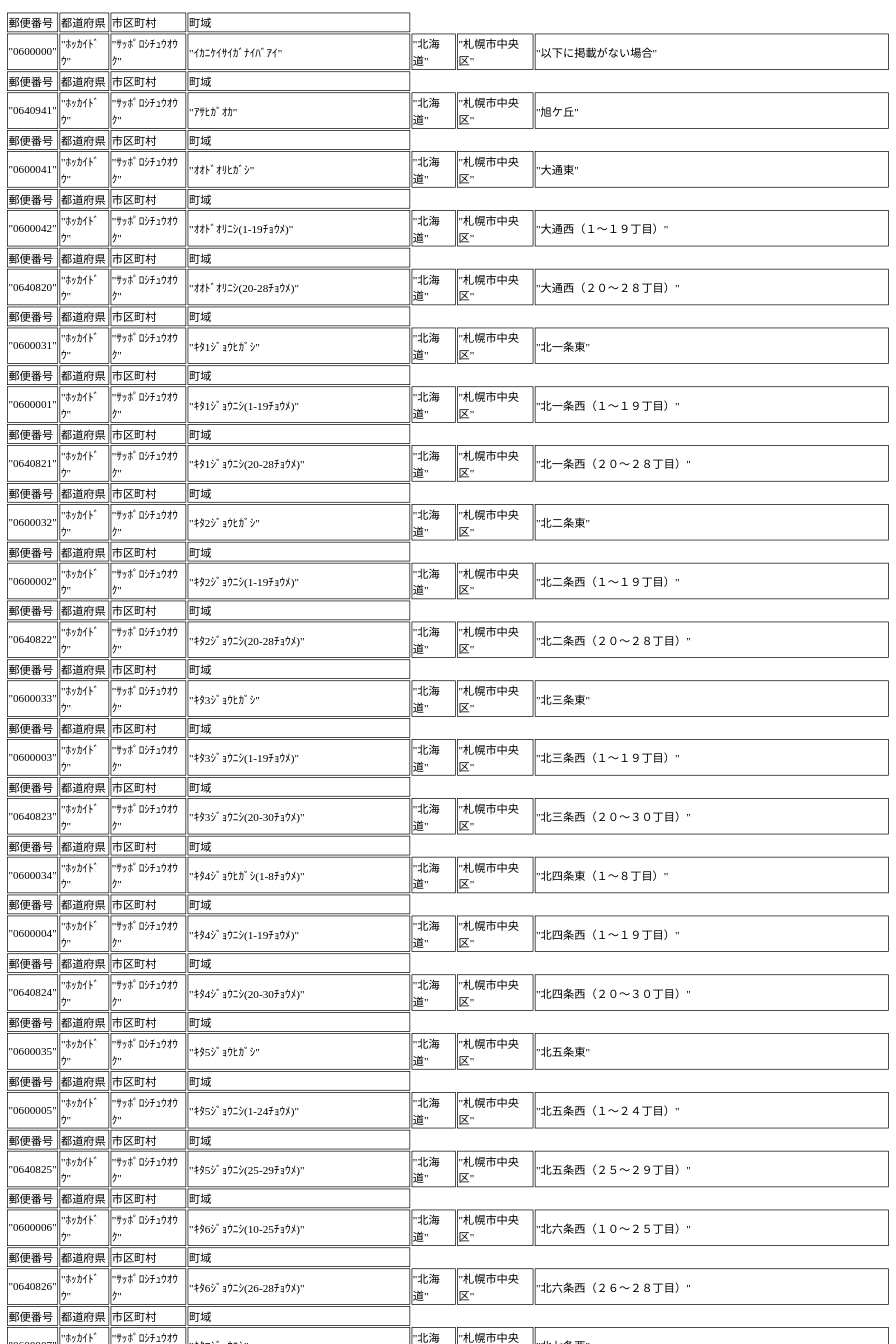
Repository: kawahito05-work/dc_work_nakano_kawahito_php
Page: http://localhost/htdocs/php09/practice_file_intermediate.php
The author's editor kept a record of every edit. The page is drawn from the files as they stood at one moment, then again after the next edit.
The browser window is 1280 px wide. The pictures show the part of the page from y = 0 to 1920 px (the page is 182894 px tall before and 720 px after), at 70% of full size.
The page is run by PHP 8.4 with error messages shown; the project is at /var/www/html/.

Above is the page before.

### htdocs/php09/practice_file_intermediate.php
<?php
$filename = './zip_data_split_1.csv';
$data = [];
if (is_readable($filename) === TRUE) {
   if (($fp = fopen($filename, 'r')) !== FALSE) {
        while (($tmp = fgets($fp)) !== FALSE) {
        //while (($tmp = fgetcsv($fp)) !== FALSE) {
           $data[] = htmlspecialchars($tmp, ENT_QUOTES, 'UTF-8');
       }
       fclose($fp);
   } else {
       $data[] = 'ファイルがありません';
   }
}
?>

<!DOCTYPE html>
<html lang="ja">
    <head>
        <link rel="stylesheet" href="style.css">
        <title></title>
        <meta charset="UTF-8">
    </head>
    <body>
    <table>
        <?php foreach ($data as $read) { ?>
        <tr>
            <td>郵便番号</td>
            <td>都道府県</td>
            <td>市区町村</td>
            <td>町域</td>
        </tr>
            <tr>
        <?php
                $pieces = explode(',', $read);
                foreach($pieces as $piece){
                //$piece = str_replace('"', '',$piece);
                //$piece = trim($piece,'"');
        ?>
            <p><td><?php print $piece; ?></td></p>
        <?php } ?>
        </tr>
        <?php } ?>
    </table>
    </body>
</html>

### htdocs/php09/style.css
td{
    border: 1px solid;
}

Loaded but not shown: htdocs/php09/zip_data_split_1.csv (2177 lines, source omitted)

After the next edit:
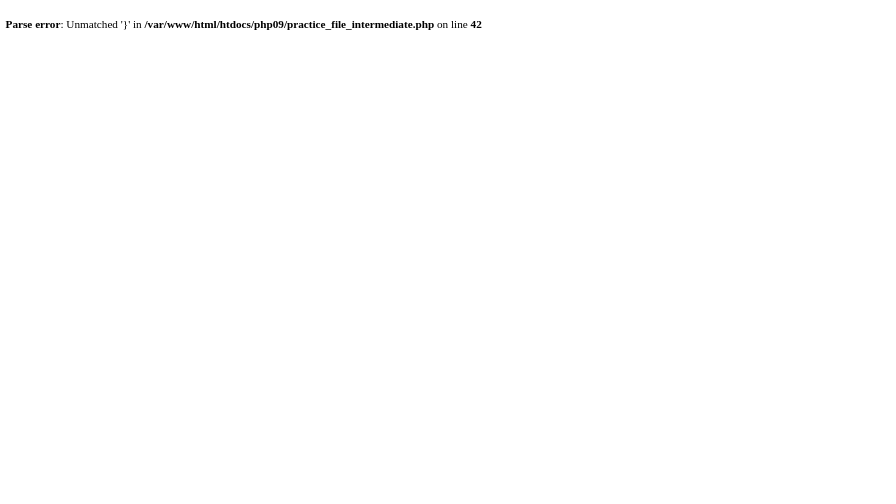
The edit:
--- a/htdocs/php09/practice_file_intermediate.php
+++ b/htdocs/php09/practice_file_intermediate.php
@@ -23,7 +23,6 @@
     </head>
     <body>
     <table>
-        <?php foreach ($data as $read) { ?>
         <tr>
             <td>郵便番号</td>
             <td>都道府県</td>

After the edit that followed:
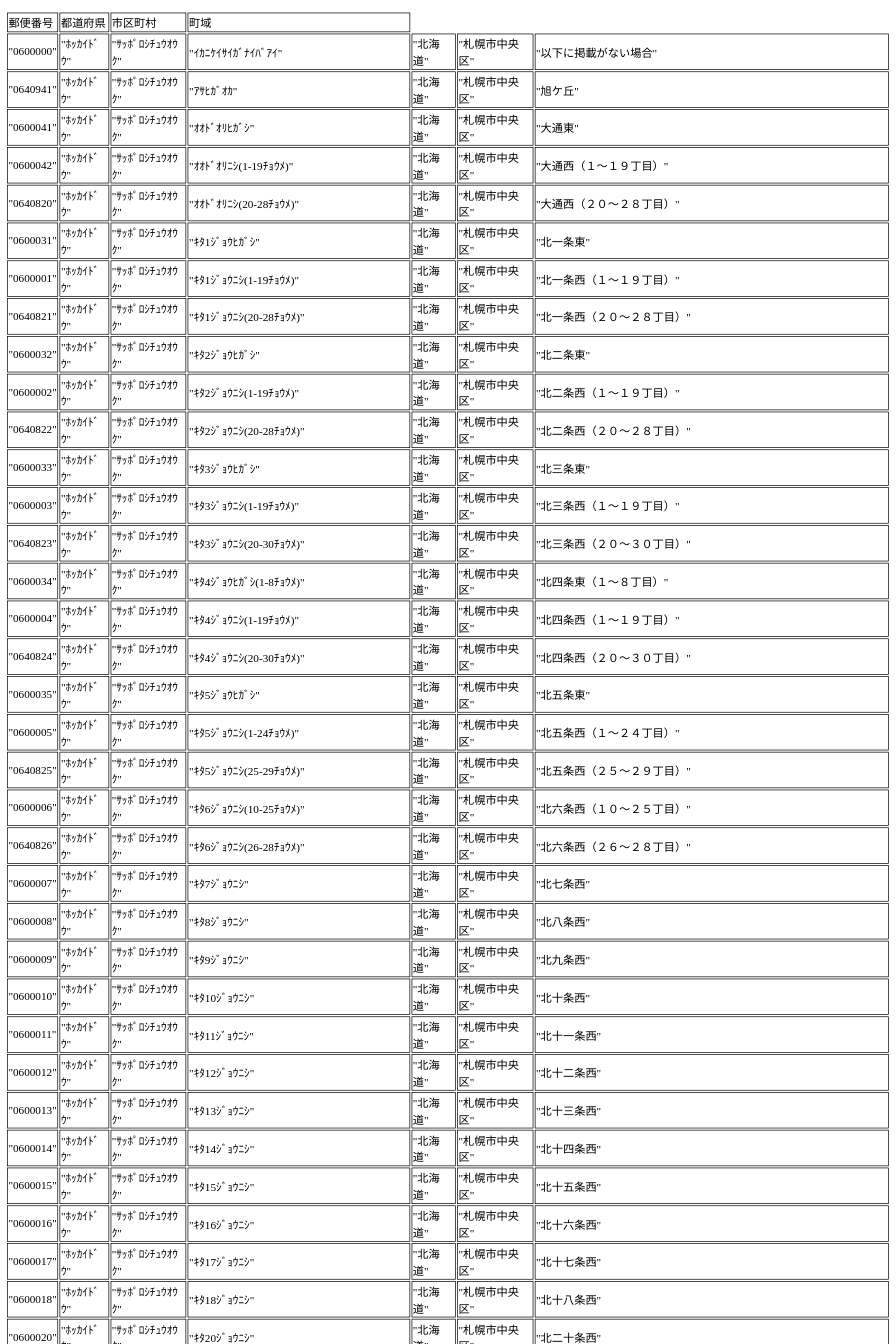
The edit:
--- a/htdocs/php09/practice_file_intermediate.php
+++ b/htdocs/php09/practice_file_intermediate.php
@@ -29,6 +29,7 @@
             <td>市区町村</td>
             <td>町域</td>
         </tr>
+        <?php foreach ($data as $read) { ?>
             <tr>
         <?php
                 $pieces = explode(',', $read);
